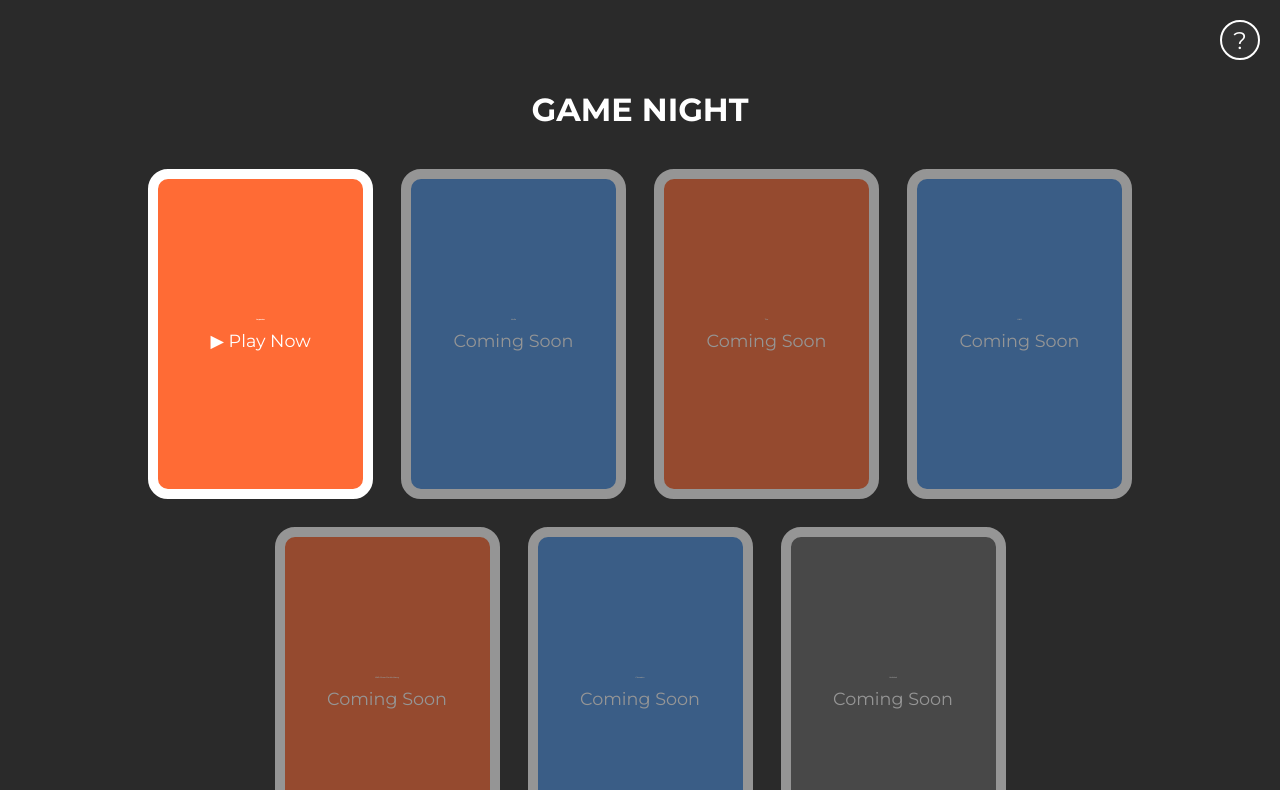
Repository: nfemmanuel/game-night-app
Page: /
An editor plug-in stored every save of this project. The page is shown before and after the next save, followed by the edit.
The browser window is 1280 px wide. The pictures show the whole page.
An inner scrolling area shows only its first screen. The project was rebuilt for these pictures with package versions that can differ from the ones it lists, and the page was loaded fresh each time. Also part of the build but not shown: src/components/BackButton.jsx, src/pages/ImposterSetup.jsx, src/data/wordList.js, src/pages/ImposterReveal.jsx, src/pages/ImposterVoting.jsx.

Above is the page before, as saved 2026-01-03 10:52:02.

### public/index.html
<!DOCTYPE html>
<html lang="en">

<head>
  <meta charset="utf-8" />
  <link rel="icon" href="%PUBLIC_URL%/favicon.ico" />
  <link rel="preconnect" href="https://fonts.googleapis.com">
  <link rel="preconnect" href="https://fonts.gstatic.com" crossorigin>
  <link href="https://fonts.googleapis.com/css2?family=Montserrat:wght@400;600;700&display=swap" rel="stylesheet">
  <meta name="viewport" content="width=device-width, initial-scale=1, maximum-scale=1, user-scalable=no" />
  <meta name="theme-color" content="#000000" />
  <meta name="description" content="Web site created using create-react-app" />
  <link rel="apple-touch-icon" href="%PUBLIC_URL%/logo192.png" />
  <!--
      manifest.json provides metadata used when your web app is installed on a
      user's mobile device or desktop. See https://developers.google.com/web/fundamentals/web-app-manifest/
    -->
  <link rel="manifest" href="%PUBLIC_URL%/manifest.json" />
  <!--
      Notice the use of %PUBLIC_URL% in the tags above.
      It will be replaced with the URL of the `public` folder during the build.
      Only files inside the `public` folder can be referenced from the HTML.

      Unlike "/favicon.ico" or "favicon.ico", "%PUBLIC_URL%/favicon.ico" will
      work correctly both with client-side routing and a non-root public URL.
      Learn how to configure a non-root public URL by running `npm run build`.
    -->
  <title>NF's Game Night</title>
</head>

<body>
  <noscript>You need to enable JavaScript to run this app.</noscript>
  <div id="root"></div>
  <!--
      This HTML file is a template.
      If you open it directly in the browser, you will see an empty page.

      You can add webfonts, meta tags, or analytics to this file.
      The build step will place the bundled scripts into the <body> tag.

      To begin the development, run `npm start` or `yarn start`.
      To create a production bundle, use `npm run build` or `yarn build`.
    -->
</body>

</html>

### src/index.js
import React from 'react';
import ReactDOM from 'react-dom/client';
import './index.css';
import App from './App';
import reportWebVitals from './reportWebVitals';
import * as serviceWorkerRegistration from './serviceWorkerRegistration';

const root = ReactDOM.createRoot(document.getElementById('root'));
root.render(
  <React.StrictMode>
    <App />
  </React.StrictMode>
);

// If you want to start measuring performance in your app, pass a function
// to log results (for example: reportWebVitals(console.log))
// or send to an analytics endpoint. Learn more: https://bit.ly/CRA-vitals
reportWebVitals();

serviceWorkerRegistration.register();

### src/App.js
import { BrowserRouter, Routes, Route } from 'react-router-dom';
import './styles/global.css';
import LandingPage from './pages/LandingPage';
import ImposterSetup from './pages/ImposterSetup';
import ImposterReveal from './pages/ImposterReveal';
import ImposterVoting from './pages/ImposterVoting';

function App() {
  return (
    <BrowserRouter>
      <Routes>
        <Route path="/" element={<LandingPage />} />
        <Route path="/imposter-setup" element={<ImposterSetup />} />
        <Route path="/imposter-reveal" element={<ImposterReveal />} />
        <Route path="/imposter-voting" element={<ImposterVoting />} />
      </Routes>
    </BrowserRouter>
  );
}

export default App;

### src/serviceWorkerRegistration.js
export function register() {
    if ('serviceWorker' in navigator) {
        window.addEventListener('load', () => {
            navigator.serviceWorker.register('/service-worker.js').then(
                (registration) => {
                    console.log('SW registered: ', registration);
                },
                (error) => {
                    console.log('SW registration failed: ', error);
                }
            );
        });
    }
}

### src/styles/global.css
* {
    margin: 0;
    padding: 0;
    box-sizing: border-box;
}

body {
    font-family: 'Montserrat', 'Helvetica Neue', 'Arial', sans-serif;
    background-color: rgb(42, 42, 42);
    color: white;
    overflow: hidden;
}

button {
    cursor: pointer;
    border: none;
    border-radius: 5px;
    font-family: inherit;
    font-size: 1rem;
    padding: 10px 20px;
}

/* Prevent scrolling under fixed buttons */
body {
    padding-top: 70px;
}

/* Page title positioning */
.page-title {
    margin-top: 0;
    margin-bottom: 30px;
}

/* Mobile adjustments */
@media (max-width: 768px) {

    /* Page titles */
    .page-title {
        font-size: 2rem !important;
        margin-bottom: 20px;
    }

    /* General headings */
    h1 {
        font-size: 3rem !important;
    }

    h2 {
        font-size: 1.5rem !important;
    }

    h3 {
        font-size: 1.2rem !important;
    }

    p {
        font-size: 1rem !important;
    }

    /* Input fields */
    input[type="text"] {
        width: 100% !important;
        max-width: 300px !important;
        font-size: 1rem !important;
        padding: 12px !important;
        margin-right: 0 !important;
        margin-bottom: 10px !important;
    }

    /* Buttons */
    button {
        font-size: 1rem !important;
        padding: 12px 24px !important;
    }

    /* Smaller back/help buttons */
    .back-button {
        padding: 8px 12px !important;
        font-size: 1rem !important;
        top: 10px !important;
        left: 10px !important;
    }

    .help-button-container {
        top: 10px !important;
        right: 10px !important;
    }

    .help-button {
        width: 30px !important;
        height: 30px !important;
        font-size: 1.2rem !important;
    }

    /* Reveal card */
    .reveal-card {
        width: 280px !important;
        height: 400px !important;
    }

    .reveal-card h2 {
        font-size: 2rem !important;
    }

    /* Reduce padding on mobile */
    body {
        padding-top: 60px;
    }
}

@media (max-width: 480px) {
    .page-title {
        font-size: 1.5rem !important;
    }

    h1 {
        font-size: 2.5rem !important;
    }

    input[type="text"] {
        font-size: 0.9rem !important;
        padding: 10px !important;
    }

    button {
        font-size: 0.9rem !important;
        padding: 10px 20px !important;
    }

    .reveal-card {
        width: 240px !important;
        height: 340px !important;
    }

    .reveal-card h2 {
        font-size: 1.8rem !important;
    }
}

/* Landing page can scroll on mobile */
.landing-page {
    overflow-y: auto !important;
    height: 100vh;
}

### src/pages/LandingPage.jsx
import { useNavigate } from 'react-router-dom';
import GameCard from '../components/GameCard';
import HelpButton from '../components/HelpButton';

function LandingPage() {
    const navigate = useNavigate();

    const handleClick = (gameName, route) => {
        if (route) {
            navigate(route);
        }
    };

    return (
        <div className="landing-page" style={{ padding: '20px', textAlign: 'center' }}>
            <HelpButton />
            <h1>GAME NIGHT</h1>

            <div style={{
                display: 'flex',
                gap: '8px',
                justifyContent: 'center',
                marginTop: '30px',
                flexWrap: 'wrap',
                padding: '0 8px',
                width: '100%',
                boxSizing: 'border-box',
                overflowX: 'auto',
            }}>
                <GameCard
                    name="Imposter"
                    available={true}
                    color="orange"
                    onClick={() => handleClick("Imposter", "/imposter-setup")}
                />
                <GameCard
                    name="Mafia"
                    available={false}
                    color="blue"
                    onClick={() => handleClick("Mafia", "/mafia-setup")}
                />
                <GameCard
                    name="Trio"
                    available={false}
                    color="orange"
                    onClick={() => handleClick("Trio", "/trio-setup")}
                />
                <GameCard
                    name="UNO"
                    available={false}
                    color="blue"
                    onClick={() => handleClick("UNO", "/uno-setup")}
                />
                <GameCard
                    name="UNO: Show 'Em No Mercy"
                    available={false}
                    color="orange"
                    onClick={() => handleClick("UNO-NM", "/uno-nm-setup")}
                />
                <GameCard
                    name="Charades"
                    available={false}
                    color="blue"
                    onClick={() => handleClick("Charades", "/charades-setup")}
                />
                <GameCard
                    name="Untitled"
                    available={false}
                    onClick={() => { }}
                />
            </div>
        </div>
    );
}

export default LandingPage;

### src/components/GameCard.jsx
import styles from './GameCard.module.css';

function GameCard({ name, available, onClick, color }) {  // Add color here
    // Combine card + available/disabled classes + color
    const cardClasses = `${styles.card} ${available ? styles.available : styles.disabled} ${color ? styles[color] : ''}`;

    return (
        <div
            className={cardClasses}
            onClick={available ? onClick : null}
        >
            <h2>{name}</h2>
            <p>{available ? '▶ Play Now' : 'Coming Soon'}</p>
        </div>
    );
}

export default GameCard;

### src/components/HelpButton.jsx
import { useState } from 'react';

function HelpButton() {
    const [showHelp, setShowHelp] = useState(false);

    return (
        <div
            className="help-button-container"
            style={{
                position: 'fixed',
                top: '20px',
                right: '20px',
                zIndex: 1000
            }}
            onMouseEnter={() => setShowHelp(true)}
            onMouseLeave={() => setShowHelp(false)}
        >
            <div
                className="help-button"
                style={{
                    width: '40px',
                    height: '40px',
                    borderRadius: '50%',
                    border: '2px solid white',
                    color: 'white',
                    fontSize: '1.5rem',
                    display: 'flex',
                    alignItems: 'center',
                    justifyContent: 'center',
                    cursor: 'pointer',
                    backgroundColor: '#333'
                }}
            >
                ?
            </div>

            {showHelp && (
                <div
                    style={{
                        position: 'absolute',
                        top: '50px',
                        right: '0',
                        backgroundColor: '#222',
                        border: '2px solid white',
                        borderRadius: '10px',
                        padding: '20px',
                        width: '300px',
                        maxWidth: '90vw',
                        textAlign: 'left',
                        fontSize: '0.9rem',
                        lineHeight: '1.5'
                    }}
                >
                    <h3 style={{ marginTop: 0, marginBottom: '10px', fontSize: '1.1rem' }}>
                        How to Play Imposter
                    </h3>
                    <ol style={{ paddingLeft: '20px', margin: 0 }}>
                        <li>Add 3+ player names</li>
                        <li>One random player is secretly the imposter</li>
                        <li>Everyone else sees the same secret word</li>
                        <li>Pass the phone around - each player holds the card to see their word</li>
                        <li>The imposter sees "You're the imposter. Shh!"</li>
                        <li>After everyone has seen their card, discuss and guess who the imposter is</li>
                        <li>Vote for the imposter or skip to reveal</li>
                    </ol>
                </div>
            )}
        </div>
    );
}

export default HelpButton;

### src/components/GameCard.module.css
.card {
    width: 225px;
    aspect-ratio: 225 / 330;
    padding: 30px;
    margin: 10px;
    border-radius: 20px;
    border: 10px solid white;
    text-align: center;
    transition: all 0.3s ease;
    display: flex;
    flex-direction: column;
    justify-content: center;
    align-items: center;
}

.card h2 {
    font-size: 1.8px;
    margin: 0;
}

.card p {
    font-size: 1.1rem;
    margin: 10px 0 0 0;
}

.available {
    color: white;
    cursor: pointer;
}

.available:hover {
    transform: scale(1.05);
}

.disabled {
    background-color: #666;
    color: white;
    cursor: not-allowed;
    opacity: 0.5;
}

.orange {
    background-color: #FF6B35;
}

.orange:hover {
    box-shadow: 0 0 20px rgba(255, 107, 53, 0.6);
}

.blue {
    background-color: #4A90E2;
}

.blue:hover {
    box-shadow: 0 0 20px rgba(74, 144, 226, 0.6);
}

/* Mobile: 3 cards per row with locked aspect ratio */
@media (max-width: 768px) {
    .card {
        width: calc(33.333% - 10px);
        aspect-ratio: 225 / 330;
        padding: 3vw;
        margin: 5px;
        border-width: 5px;
        border-radius: 12px;
    }

    .card h2 {
        font-size: 0.75rem;
        /* Fixed small size */
        margin-bottom: 5px;
        line-height: 1.2;
    }

    .card p {
        font-size: 0.6rem;
        /* Fixed small size */
        margin-top: 5px;
    }
}

@media (max-width: 480px) {
    .card {
        width: calc(25% - 8px);
        aspect-ratio: 225 / 330;
        padding: 2.5vw;
        margin: 4px;
        border-width: 4px;
    }

    .card h2 {
        font-size: 20%;
        /* Even smaller */
        margin-bottom: 3px;
        line-height: 1.1;
    }

    .card p {
        font-size: 0.55rem;
        /* Even smaller */
        margin-top: 3px;
    }
}

Loaded but not shown: src/index.css (common file); src/reportWebVitals.js (common file)

After the next save:
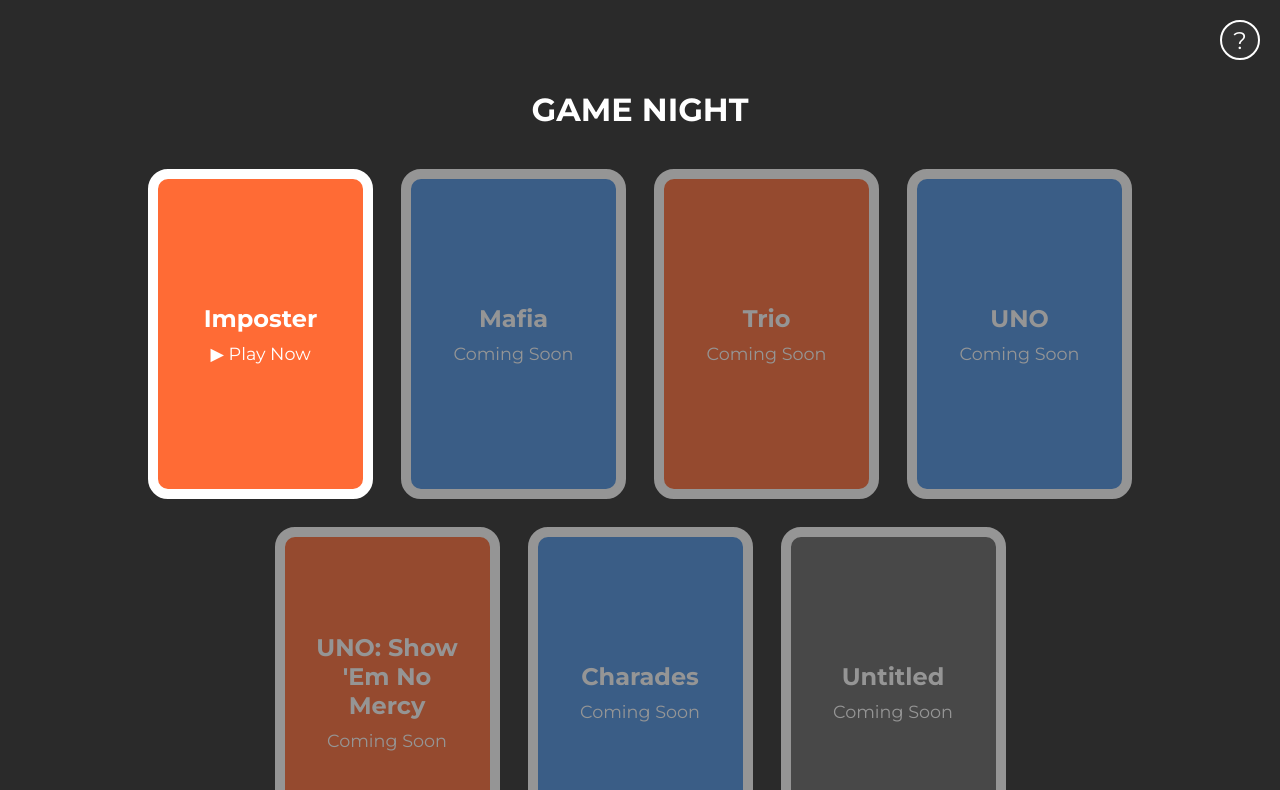
Saved 7 s later.
--- a/src/components/GameCard.module.css
+++ b/src/components/GameCard.module.css
@@ -14,7 +14,7 @@
 }
 
 .card h2 {
-    font-size: 1.8px;
+    font-size: 1.8;
     margin: 0;
 }
 
